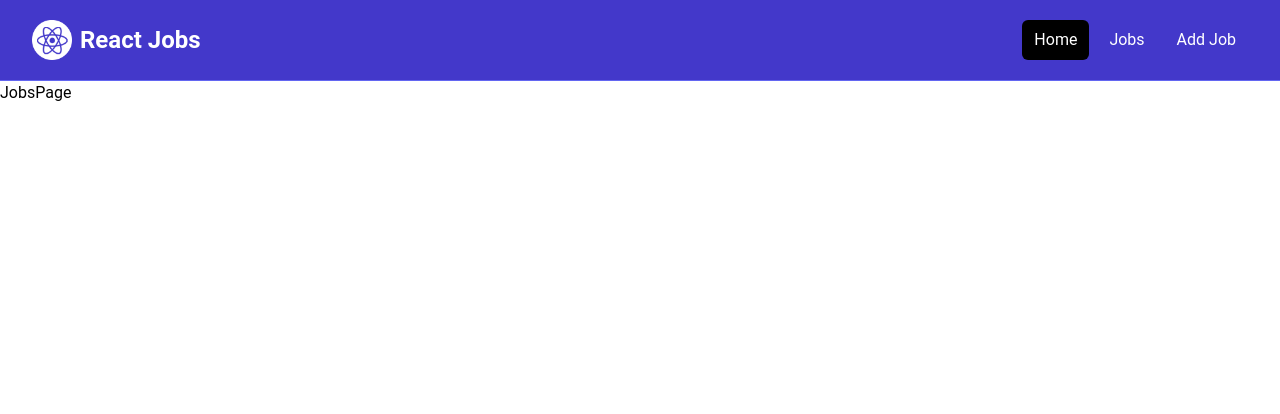
Repository: Geohot-2020/React_setup
Page: /jobs (app in react-crash-2024/)
The author's editor kept a copy of each file at every save. The page is drawn from the files as they stood at one save, then again after the next save.
The browser window is 1280 px wide. The pictures show the whole page.
The project was rebuilt for these pictures with package versions that can differ from the ones it lists, and the page was loaded fresh each time. Also part of the build but not shown: react-crash-2024/vite.config.js, react-crash-2024/src/components/Hero.jsx, react-crash-2024/src/components/Card.jsx, react-crash-2024/src/components/HomeCards.jsx, react-crash-2024/src/components/JobListing.jsx, react-crash-2024/src/components/JobListings.jsx, react-crash-2024/src/components/ViewAllJobs.jsx, react-crash-2024/src/pages/HomePage.jsx and 1 more.

Above is the page before, as saved 2024-11-13 17:16:14.

After the next save:
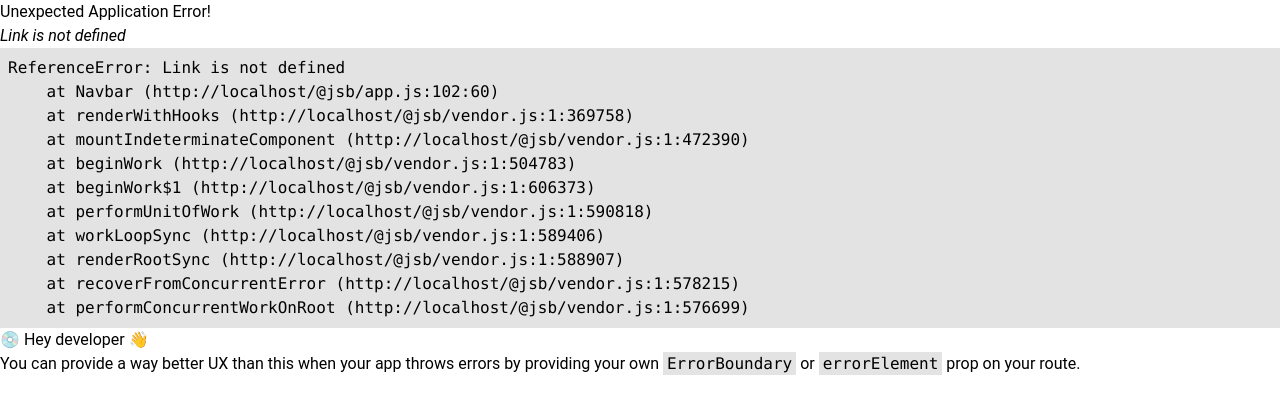
Console error: ReferenceError: Link is not defined
Saved 51 s later.
--- a/react-crash-2024/src/components/Navbar.jsx
+++ b/react-crash-2024/src/components/Navbar.jsx
@@ -1,5 +1,5 @@
 import React from 'react'
-import { Link } from 'react-router-dom'
+import { NavLink } from 'react-router-dom'
 import logo from '../assets/images/logo.png'
 
 const Navbar = () => {
